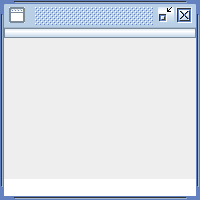
Repository: Eminaae/Killer
Program's window: java S01Week11D02/src/ba/bitcamp/ime/Ime.java
The author's editor kept a copy of each file at every save. The program's window is drawn from the files as they stood at one save, then again after the next save.
It runs on Java 21 on a 1366 x 768 screen with the Metal look.

Above is the program's window before, as saved 2015-07-28 11:26:32.

After the next save:
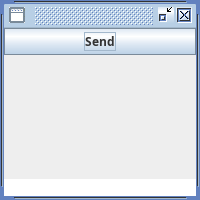
Saved 2 min 41 s later.
--- a/S01Week11D02/src/ba/bitcamp/ime/Ime.java
+++ b/S01Week11D02/src/ba/bitcamp/ime/Ime.java
@@ -1,6 +1,8 @@
 package ba.bitcamp.ime;
 
 import java.awt.BorderLayout;
+import java.awt.event.ActionEvent;
+import java.awt.event.ActionListener;
 import java.io.BufferedWriter;
 import java.io.IOException;
 import java.io.OutputStreamWriter;
@@ -29,7 +31,7 @@
 
 	    JFrame msg = new JFrame();
 		JPanel panel = new JPanel();
-		JButton button = new JButton();
+		JButton button = new JButton("Send");
 		JTextArea text = new JTextArea();
 		msg.add(panel);
 		msg.setSize(200, 200);
@@ -38,6 +40,23 @@
 		panel.add(button, BorderLayout.NORTH);
 		panel.add(text, BorderLayout.SOUTH);
 		msg.setVisible(true);
+		button.addActionListener(new ActionListener() {
+
+			@Override
+			public void actionPerformed(ActionEvent e) {
+				try{
+					Socket socket = new Socket();
+					socket.connect(new InetSocketAddress("10.0.82.98", 8888));
+					BufferedWriter writer = new BufferedWriter(new OutputStreamWriter(socket.getOutputStream()));
+					writer.write("Emina");
+					writer.newLine();
+					writer.close();
+					}	catch(IOException e1) {
+						e1.printStackTrace();
+					}
+
+			}
+		});
 
 
 
